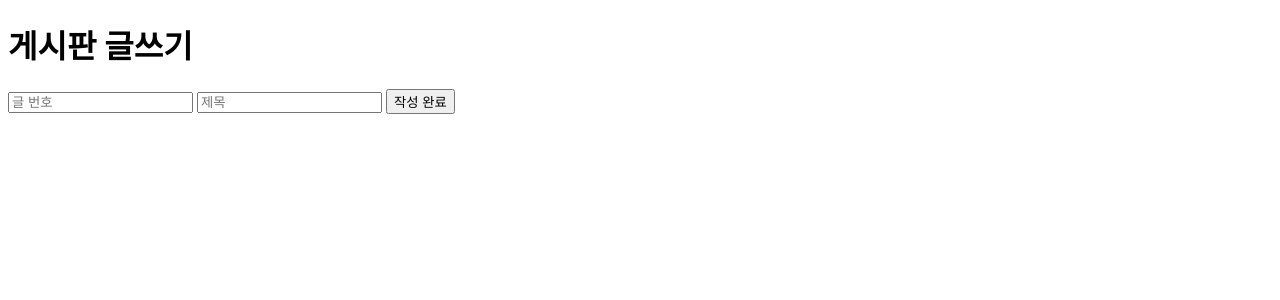
Repository: ljh5973/labweb
Page: http://localhost/JSP02/10_board.jsp
These files come from the project's save history. The page is drawn as it stood at one moment and after the next save; the edit follows.
The browser window is 1280 px wide. The pictures show the whole page.
The page is served by Tomcat 9. Other server files are loaded and not shown.

Above is the page before, as saved 2022-01-10 04:49:02.

### JSP02/webapp/10_board.jsp
<%@ page language="java" contentType="text/html; charset=UTF-8"
    pageEncoding="UTF-8"%>
<%@ page trimDirectiveWhitespaces="true"%>
<!DOCTYPE html>
<html>
	<head>
		<meta charset="UTF-8">
		<title>JSP</title>
	</head>
	<body>


	<h1>게시판 글쓰기</h1>
	<form action="10_board_result.jsp" method="post">

		<input type="number" name="boardNum"placeholder="글 번호"/>
		<input type="text" name="title" placeholder="제목"/>
		<input type="submit" value="작성 완료"/>
	</form>
	</body>
</html>

After the next save:
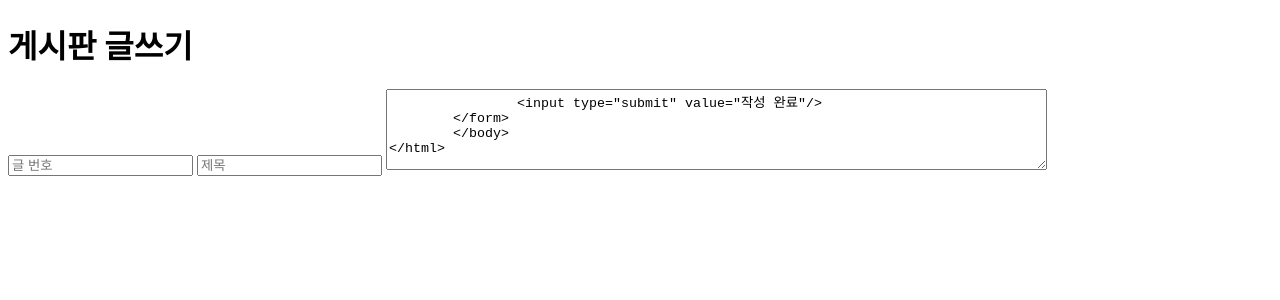
Saved 45 s later.
--- a/JSP02/webapp/10_board.jsp
+++ b/JSP02/webapp/10_board.jsp
@@ -15,6 +15,7 @@
 
 		<input type="number" name="boardNum"placeholder="글 번호"/>
 		<input type="text" name="title" placeholder="제목"/>
+		<textarea rows="5" cols="80" name="content" placeholder="글 본문"/>
 		<input type="submit" value="작성 완료"/>
 	</form>
 	</body>
